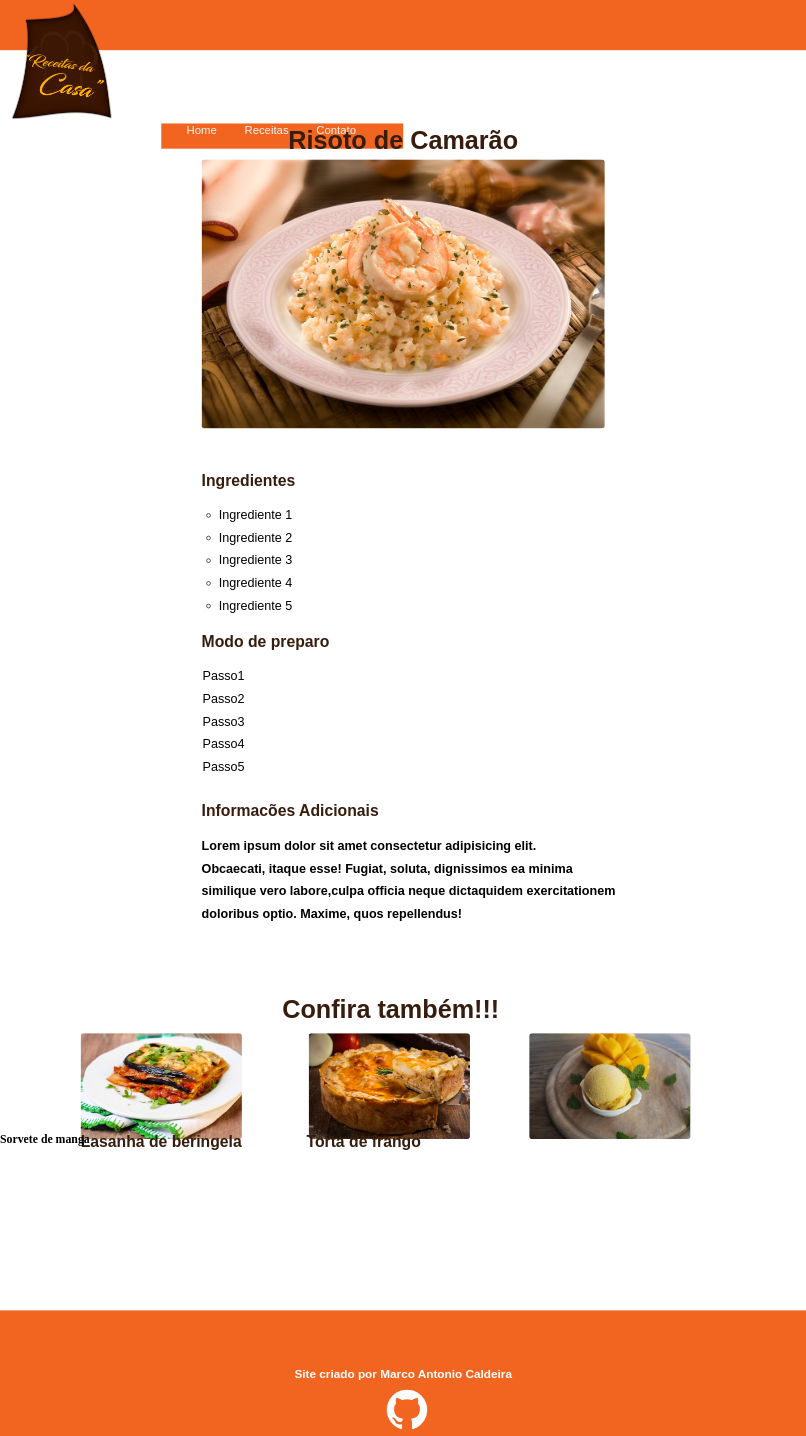
Repository: MarcoantonioCaldeira/Aprendizados-e-Conhecimentos
Page: Receitas da Casa/index.html
The author's editor kept a copy of each file at every save. The page is drawn from the files as they stood at one save, then again after the next save.
The browser window is 1280 px wide. The pictures show the whole page, at 63% of full size.

Above is the page before, as saved 2022-05-29 22:59:39.

### Receitas da Casa/index.html
<!DOCTYPE html>
<html>
    <head>
    <meta charset="utf-8">
    <title>Receitas do Marco</title>
    <link rel="stylesheet" text="css" href="css/estilo.css">
    <link rel="stylesheet" text="css" href="css/fonts.css">
    <style>

    </style>
    </head>
    <body>
        <header id="topo">
            <img id="logo" src="imagens/logo.png">
            <li class="li-topo">
                <ul class="ul-topo" href="#">Home</ul>
                <ul class="ul-topo" href="#">Receitas</ul>
                <ul class="ul-topo" href="#">Contato</ul>
            </li>
        </header>
        <main id="corpo">
            <h1 class="titulo-receita">Risoto de Camarão</h1>
            <figure>
                <img class="img_receita" src="imagens/imagem_receita.jpg">
            </figure>
            <article>

                <h3 class="text_article">Ingredientes</h3>
                <ul class="text_ul">
                     <li>Ingrediente 1</li>
                     <li>Ingrediente 2</li>
                     <li>Ingrediente 3</li>
                     <li>Ingrediente 4</li>
                     <li>Ingrediente 5</li>
                </ul>

               <h3 class="text_article_2">Modo de preparo</h3>
               <li class="text_ul_2">
                   <ul>Passo1</ul>
                   <ul>Passo2</ul>
                   <ul>Passo3</ul>
                   <ul>Passo4</ul>
                   <ul>Passo5</ul>
               </li>

               <h3 class="text_article_3">Informacões Adicionais</h3>
               <h3 class="text">Lorem ipsum dolor sit amet consectetur adipisicing elit.<br>
                Obcaecati, itaque esse! Fugiat, soluta, dignissimos ea minima<br> similique vero
                labore,culpa officia neque dictaquidem exercitationem <br>doloribus optio. Maxime, quos
                repellendus!</h3>


               <h1 class="h1_informacoes">Confira também!!!</h1>
               <div id="outras_receitas">

                      <img class="img_receita1" src="imagens/lazanha_de_beringela.jpg">
                      <h3 class="h3_receita_1">Lasanha de beringela</h3>

                      <img class="img_receita2" src="imagens/torta_de_frango.jpg">
                      <h3 class="h3_receita_2">Torta de frango</h3>

                      <img class="img_receita3" src="imagens/sorvete-manga.jpg">
                      <h3 class="h3_receita_3">Sorvete de manga</h3>

               </div>

            </article>
        </main>
        <footer id="rodape">
            <div class="agradecimentos-rodape">
                <h3>Site criado por Marco Antonio Caldeira</h3>
                <a href="https://github.com/MarcoantonioCaldeira"><img class="logoGit" src="imagens/github_logo.png"></a>
            </div>
        </footer>
    </body>
</html>

### Receitas da Casa/css/estilo.css
* {
    margin: 0;
}

#topo{
  width: 100%;
  background-color:rgb(241, 101, 32);
  height: 80px;
}

#logo{
  width: 15%;

}

.titulo_logo{
  position: relative;
  font-family: arial;
  top: 20%;
  font-size:30px;
  color:white;
  left:-40%;
}

#corpo{
  width: 100%;
  height: 2000px;
  background-color: white;
}

.img_receita{
  position:relative;
  border-radius: 5px;
  margin-left: 25%;
  margin-top: 10%;
  width:50%;
}

#outras_receitas{
  width: 100%;
  height: 300px;
  background-color:white;
}

.img_receita1{
  position:relative;
  left:10%;
  top:5%;
  border-radius:5px;
  width:20%;
}

.img_receita2{
  position:relative;
  left: 18%;
  top:5%;
  border-radius:5px;
  width:20%;
}

.img_receita3{
  position:relative;
  left: 25%;
  top:5%;
  border-radius:5px;
  width:20%;
}


#rodape{
  background-color: rgb(241, 101, 32);
  width: 100%;
  height: 200px;
}

.agradecimentos-rodape{
  position: relative;
  top: 45%;
  color:white;
  font-family: arial;
  text-align: center;
}

.logoGit{
  position: absolute;
  width: 5%;
  left:48%;
  top: 35px;
}

### Receitas da Casa/css/fonts.css
h1{
  text-align: center;
}

.li-topo{
  position:relative;
  background-color: rgb(241, 101, 32);
  list-style: none;
  height: 40px;
  width: 30%;
  margin-left: 20%;
}

.ul-topo{
  display: inline;
  font-family: arial;
  color:rgb(246, 246, 246);
  font-size:18px;
}

.titulo-receita{
  position: relative;
  font-size: 40px;
  font-family: arial;
  top:6%;
  color:rgb(55, 29, 13);
}

.text_article{
  position:absolute;
  display: inline;
  left:25%;
  margin-top: 5%;
  color:rgb(55, 29, 13);
  font-size: 25px;
  font-family: arial;
}

.text_ul{
  position:absolute;
  font-size: 20px;
  line-height: 1.8;
  list-style-type:circle;
  margin-top:9%;
  left:24%;
  display:inline-block;
  font-family: arial;
}

.text_article_2{
  position:absolute;
  display: inline;
  left:25%;
  margin-top: 25%;
  color:rgb(55, 29, 13);
  font-size: 25px;
  font-family: arial;
}

.text_ul_2{
  position:absolute;
  font-size: 20px;
  line-height: 1.8;
  list-style-type:circle;
  margin-top:29%;
  left:22%;
  display:inline-block;
  font-family: arial;
}

.text_article_3{
  position:absolute;
  display: inline;
  left:25%;
  margin-top: 46%;
  color:rgb(55, 29, 13);
  font-size: 25px;
  font-family: arial;
}

.text{
  position:absolute;
  font-size: 20px;
  line-height: 1.8;
  margin-top:50%;
  left:25%;
  display:inline-block;
  font-family: arial;
}

.h1_informacoes{
  position: relative;
  font-size: 40px;
  font-family: arial;
  left:35%;
  margin-top:70%;
  display:inline-block;
  color:rgb(55, 29, 13);
}

.h3_receita_1{
  position:absolute;
  font-family: arial;
  color:rgb(55, 29, 13);
  font-size: 25px;
  left: 10%;
}

.h3_receita_2{
  position:absolute;
  font-family: arial;
  color:rgb(55, 29, 13);
  left:38%;
  font-size: 25px;
}

.h3_receita_3{
  position:absolute;
}

After the next save:
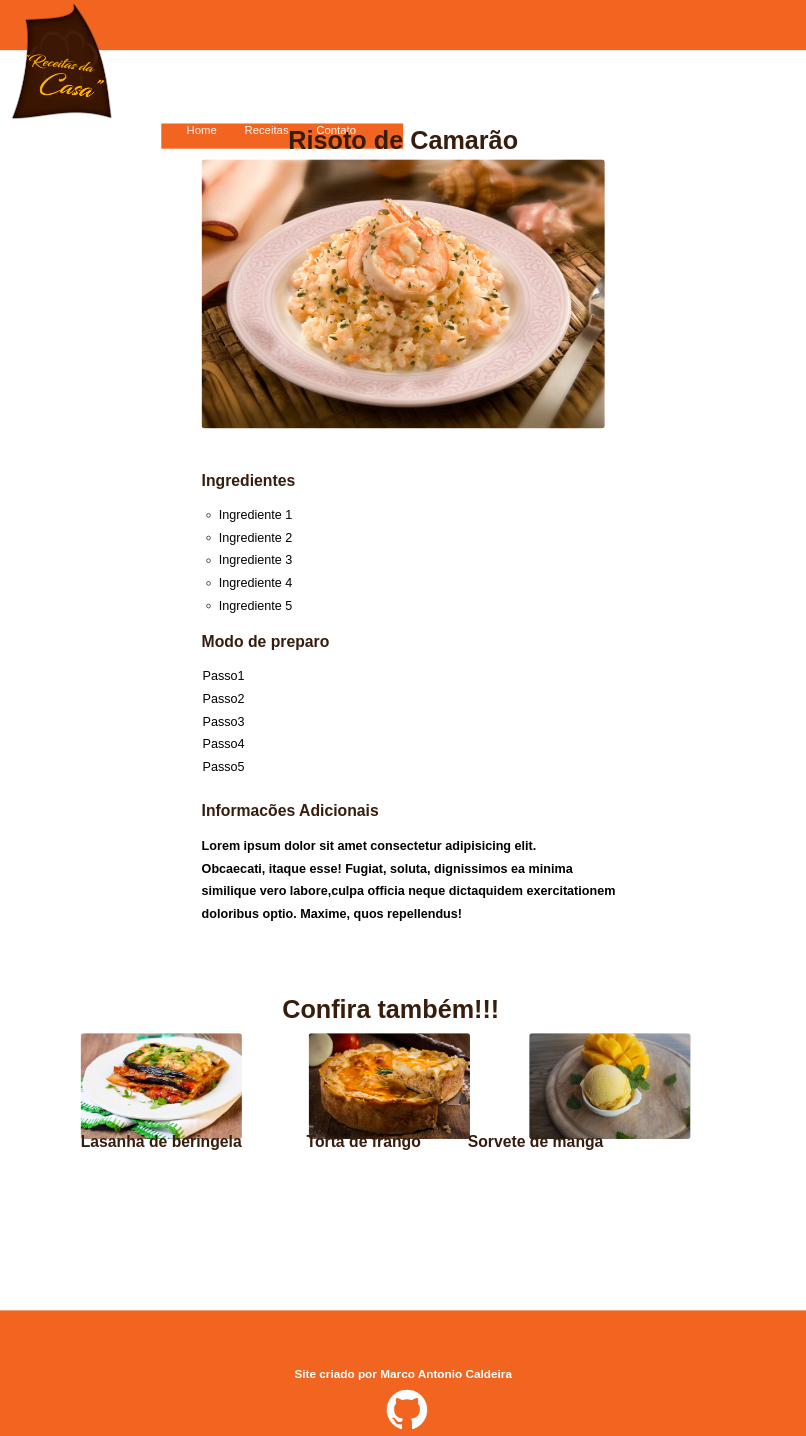
Saved 26 s later.
--- a/Receitas da Casa/css/fonts.css
+++ b/Receitas da Casa/css/fonts.css
@@ -116,4 +116,8 @@ h1{
 
 .h3_receita_3{
   position:absolute;
+  font-family: arial;
+  color:rgb(55, 29, 13);
+  left:58%;
+  font-size: 25px;
 }
